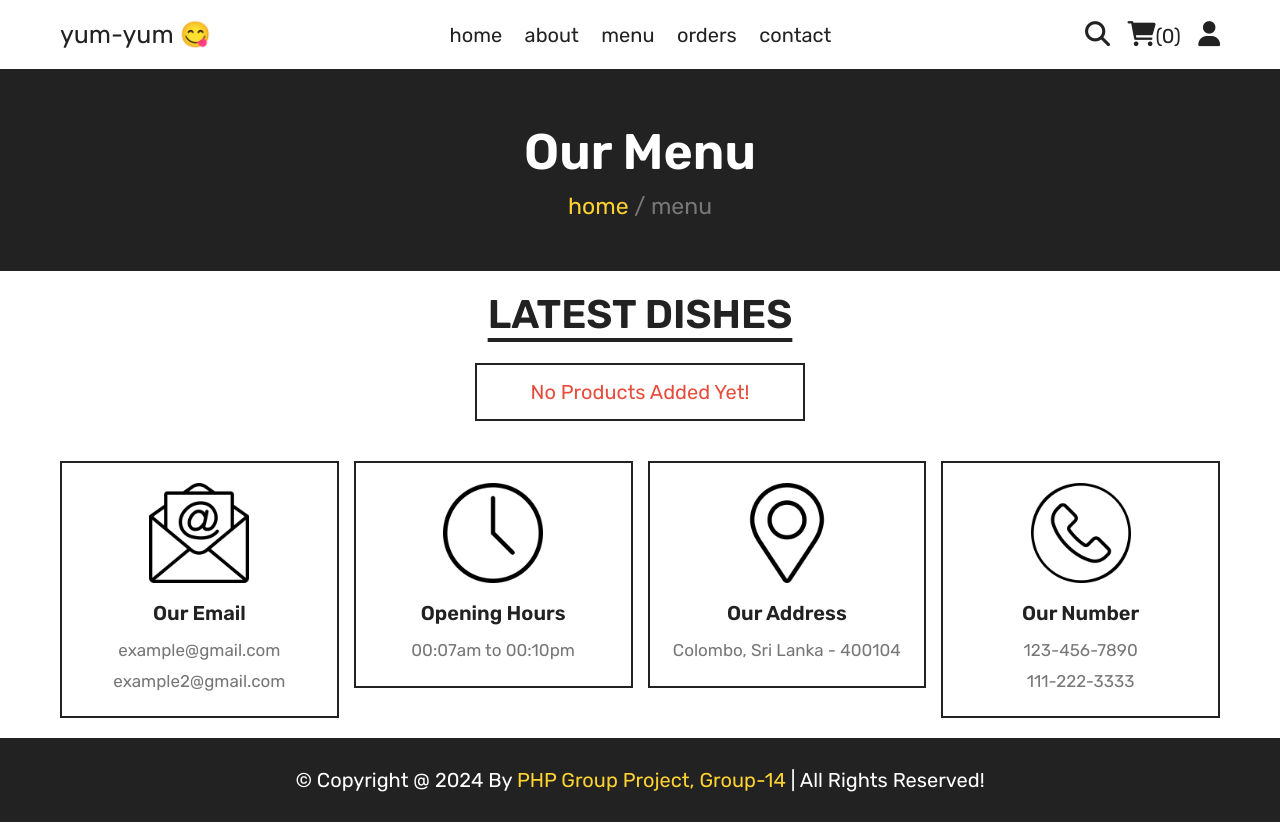
Repository: navodniwarshana/food_order_site
Page: http://localhost/menu.php
These files come from the project's save history. The page is drawn as it stood at one moment and after the next save; the edit follows.
The browser window is 1280 px wide. The pictures show the whole page.
Some web libraries are served in a nearby version. The page is run by PHP 8.4 with error messages shown; the project is at /var/www/html/. Queries for data that is not in the repository find no rows.

Above is the page before, as saved 2024-09-27 18:08:15.
Console error: TypeError: Cannot read properties of null (reading 'style')

### menu.php
<?php

include 'components/connect.php';

session_start();

if(isset($_SESSION['user_id'])){
   $user_id = $_SESSION['user_id'];
}else{
   $user_id = '';
};

include 'components/add_cart.php';

?>

<!DOCTYPE html>
<html lang="en">
<head>
   <meta charset="UTF-8">
   <meta http-equiv="X-UA-Compatible" content="IE=edge">
   <meta name="viewport" content="width=device-width, initial-scale=1.0">
   <title>menu</title>

   <!-- font awesome cdn link  -->
   <link rel="stylesheet" href="https://cdnjs.cloudflare.com/ajax/libs/font-awesome/6.1.1/css/all.min.css">

   <!-- custom css file link  -->
   <link rel="stylesheet" href="css/style.css">

</head>
<body>

<!-- header section starts  -->
<?php include 'components/user_header.php'; ?>
<!-- header section ends -->

<div class="heading">
   <h3>our menu</h3>
   <p><a href="home.php">home</a> <span> / menu</span></p>
</div>

<!-- menu section starts  -->

<section class="products">

   <h1 class="title">latest dishes</h1>

   <div class="box-container">

      <?php
         $select_products = $conn->prepare("SELECT * FROM `products`");
         $select_products->execute();
         if($select_products->rowCount() > 0){
            while($fetch_products = $select_products->fetch(PDO::FETCH_ASSOC)){
      ?>
      <form action="" method="post" class="box">
         <input type="hidden" name="pid" value="<?= $fetch_products['id']; ?>">
         <input type="hidden" name="name" value="<?= $fetch_products['name']; ?>">
         <input type="hidden" name="price" value="<?= $fetch_products['price']; ?>">
         <input type="hidden" name="image" value="<?= $fetch_products['image']; ?>">
         <a href="quick_view.php?pid=<?= $fetch_products['id']; ?>" class="fas fa-eye"></a>
         <button type="submit" class="fas fa-shopping-cart" name="add_to_cart"></button>
         <img src="uploaded_img/<?= $fetch_products['image']; ?>" alt="">
         <a href="category.php?category=<?= $fetch_products['category']; ?>" class="cat"><?= $fetch_products['category']; ?></a>
         <div class="name"><?= $fetch_products['name']; ?></div>
         <div class="flex">
            <div class="price"><span>$</span><?= $fetch_products['price']; ?></div>
            <input type="number" name="qty" class="qty" min="1" max="99" value="1" maxlength="2"">
         </div>
      </form>
      <?php
            }
         }else{
            echo '<p class="empty">no products added yet!</p>';
         }
      ?>

   </div>

</section>


<!-- menu section ends -->
























<!-- footer section starts  -->
<?php include 'components/footer.php'; ?>
<!-- footer section ends -->








<!-- custom js file link  -->
<script src="js/script.js"></script>

</body>
</html>

### components/add_cart.php
<?php

if(isset($_POST['add_to_cart'])){

   if($user_id == ''){
      header('location:login.php');
   }else{

      $pid = $_POST['pid'];
      $pid = filter_var($pid, FILTER_SANITIZE_STRING);
      $name = $_POST['name'];
      $name = filter_var($name, FILTER_SANITIZE_STRING);
      $price = $_POST['price'];
      $price = filter_var($price, FILTER_SANITIZE_STRING);
      $image = $_POST['image'];
      $image = filter_var($image, FILTER_SANITIZE_STRING);
      $qty = $_POST['qty'];
      $qty = filter_var($qty, FILTER_SANITIZE_STRING);

      $check_cart_numbers = $conn->prepare("SELECT * FROM `cart` WHERE name = ? AND user_id = ?");
      $check_cart_numbers->execute([$name, $user_id]);

      if($check_cart_numbers->rowCount() > 0){
         $message[] = 'already added to cart!';
      }else{
         $insert_cart = $conn->prepare("INSERT INTO `cart`(user_id, pid, name, price, quantity, image) VALUES(?,?,?,?,?,?)");
         $insert_cart->execute([$user_id, $pid, $name, $price, $qty, $image]);
         $message[] = 'added to cart!';

      }

   }

}

?>

### components/user_header.php
<?php
if(isset($message)){
   foreach($message as $message){
      echo '
      <div class="message">
         <span>'.$message.'</span>
         <i class="fas fa-times" onclick="this.parentElement.remove();"></i>
      </div>
      ';
   }
}
?>

<header class="header">

   <section class="flex">

      <a href="home.php" class="logo">yum-yum 😋</a>

      <nav class="navbar">
         <a href="home.php">home</a>
         <a href="about.php">about</a>
         <a href="menu.php">menu</a>
         <a href="orders.php">orders</a>
         <a href="contact.php">contact</a>
      </nav>

      <div class="icons">
         <?php
            $count_cart_items = $conn->prepare("SELECT * FROM `cart` WHERE user_id = ?");
            $count_cart_items->execute([$user_id]);
            $total_cart_items = $count_cart_items->rowCount();
         ?>
         <a href="search.php"><i class="fas fa-search"></i></a>
         <a href="cart.php"><i class="fas fa-shopping-cart"></i><span>(<?= $total_cart_items; ?>)</span></a>
         <div id="user-btn" class="fas fa-user"></div>
         <div id="menu-btn" class="fas fa-bars"></div>
      </div>

      <div class="profile">
         <?php
            $select_profile = $conn->prepare("SELECT * FROM `users` WHERE id = ?");
            $select_profile->execute([$user_id]);
            if($select_profile->rowCount() > 0){
               $fetch_profile = $select_profile->fetch(PDO::FETCH_ASSOC);
         ?>
         <p class="name"><?= $fetch_profile['name']; ?></p>
         <div class="flex">
            <a href="profile.php" class="btn">profile</a>
            <a href="components/user_logout.php" onclick="return confirm('logout from this website?');" class="delete-btn">logout</a>
         </div>
         <p class="account">
            <a href="login.php">login</a> or
            <a href="register.php">register</a>
         </p>
         <?php
            }else{
         ?>
            <p class="name">please login first!</p>
            <a href="login.php" class="btn">login</a>
         <?php
          }
         ?>
      </div>

   </section>

</header>

### components/footer.php
<footer class="footer">

   <section class="grid">

      <div class="box">
         <img src="images/email-icon.png" alt="">
         <h3>our email</h3>
         <a href="mailto:example@gmail.com">example@gmail.com</a>
         <a href="mailto:example2@gmail.com">example2@gmail.com</a>
      </div>

      <div class="box">
         <img src="images/clock-icon.png" alt="">
         <h3>opening hours</h3>
         <p>00:07am to 00:10pm</p>
      </div>

      <div class="box">
         <img src="images/map-icon.png" alt="">
         <h3>our address</h3>
         <a href="#">Colombo, Sri Lanka - 400104</a>
      </div>

      <div class="box">
         <img src="images/phone-icon.png" alt="">
         <h3>our number</h3>
         <a href="tel:1234567890">123-456-7890</a>
         <a href="tel:1112223333">111-222-3333</a>
      </div>

   </section>

   <div class="credit">&copy; copyright @ <?= date('Y'); ?> by <span>PHP Group Project, Group-14</span> | all rights reserved!</div>

</footer>

<!-- <div class="loader">
   <img src="images/loader.gif" alt="">
</div> -->

Loaded but not shown: components/connect.php (common file); js/script.js (34 lines, source omitted); css/style.css (1078 lines, source omitted)

After the next save:
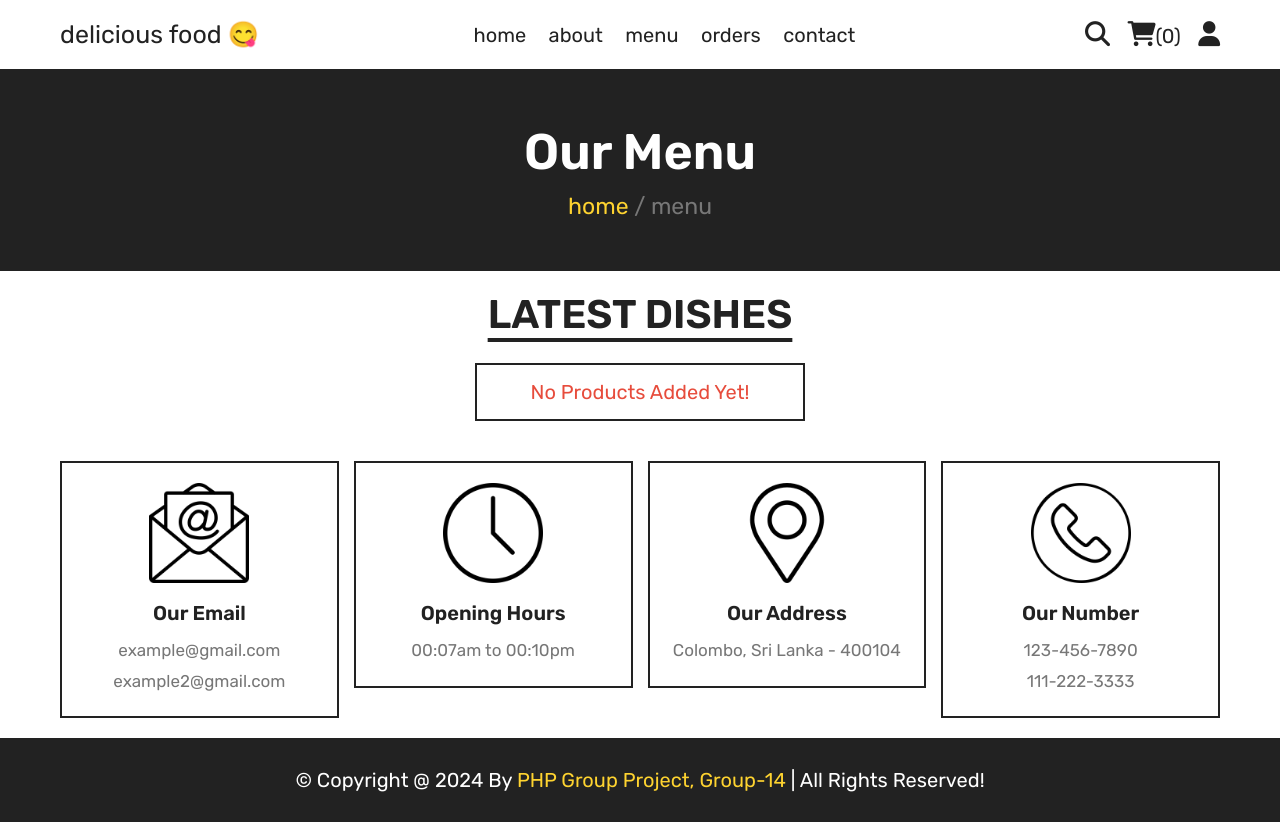
Saved 11 min 38 s later.
--- a/components/user_header.php
+++ b/components/user_header.php
@@ -15,7 +15,7 @@ if(isset($message)){
 
    <section class="flex">
 
-      <a href="home.php" class="logo">yum-yum 😋</a>
+      <a href="home.php" class="logo">delicious food 😋</a>
 
       <nav class="navbar">
          <a href="home.php">home</a>
